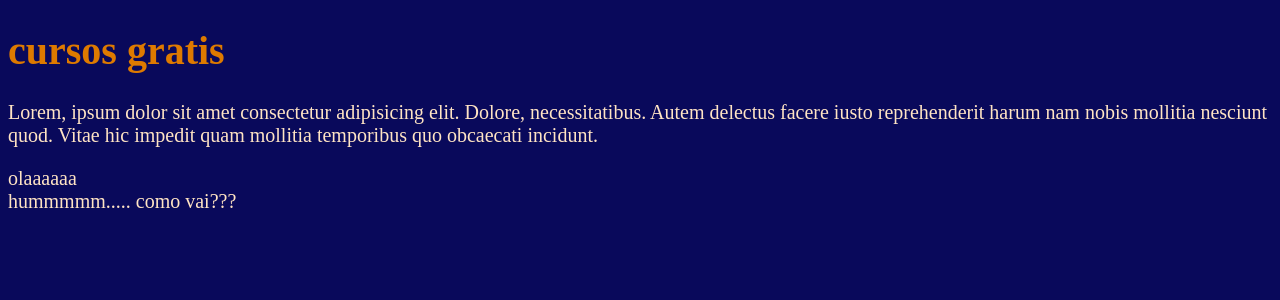
Repository: YuaneCastro/CRIANDO-UM-SITE--CURSO-GIT--GIT-HUB
Page: index.html
These files come from the project's save history. The page is drawn as it stood at one moment and after the next save; the edit follows.
The browser window is 1280 px wide. The pictures show the whole page.

Above is the page before, as saved 2025-08-14 00:31:34.

After the next save:
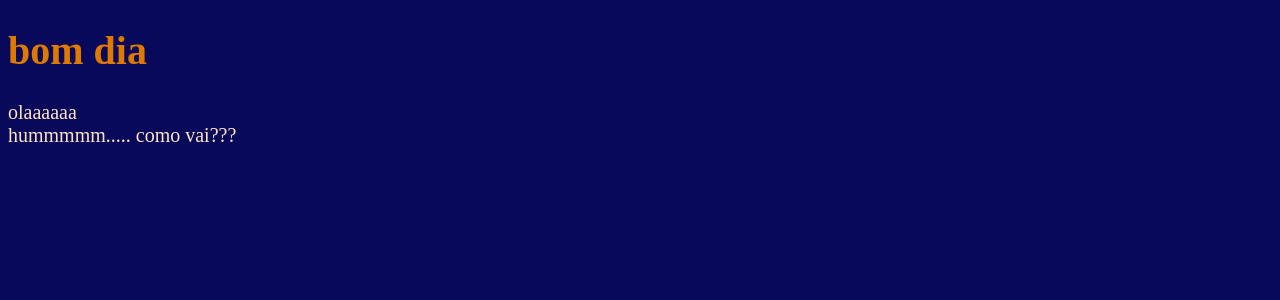
Saved 38 s later.
--- a/index.html
+++ b/index.html
@@ -3,16 +3,14 @@
 <head>
     <meta charset="UTF-8">
     <meta name="viewport" content="width=device-width, initial-scale=1.0">
-    <title>Site curso emm videooooooo</title>
+    <title>curso em video</title>
     <link rel="stylesheet" href="/index.css">
 </head>
 <body>
     <head>
-        <h1>cursos gratis</h1>
+        <h1>bom dia</h1>
     </head>
     <section>
-        <p>Lorem, ipsum dolor sit amet consectetur adipisicing elit. Dolore, necessitatibus. Autem delectus facere iusto reprehenderit harum nam nobis mollitia nesciunt quod. Vitae hic impedit quam mollitia temporibus quo obcaecati incidunt.
-        </p>
         <div>olaaaaaa</div>
         <div>hummmmm..... como vai???</div>
     </section>

After the save that followed:
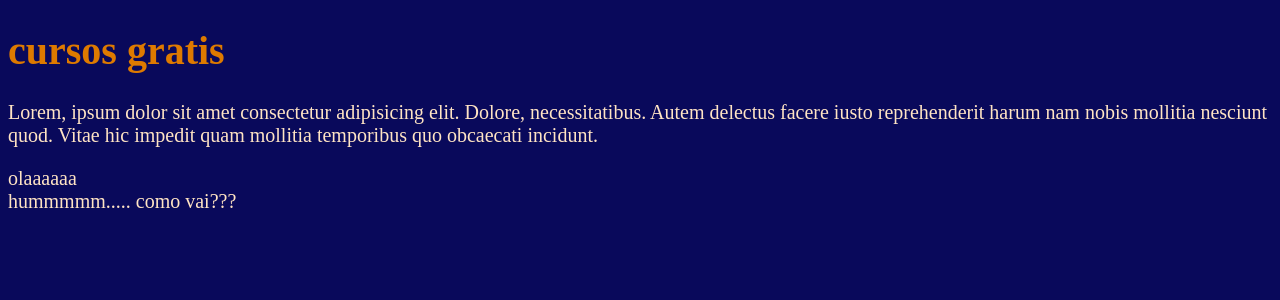
Saved 13 min 13 s later.
--- a/index.html
+++ b/index.html
@@ -8,9 +8,11 @@
 </head>
 <body>
     <head>
-        <h1>bom dia</h1>
+        <h1>cursos gratis</h1>
     </head>
     <section>
+        <p>Lorem, ipsum dolor sit amet consectetur adipisicing elit. Dolore, necessitatibus. Autem delectus facere iusto reprehenderit harum nam nobis mollitia nesciunt quod. Vitae hic impedit quam mollitia temporibus quo obcaecati incidunt.
+        </p>
         <div>olaaaaaa</div>
         <div>hummmmm..... como vai???</div>
     </section>
